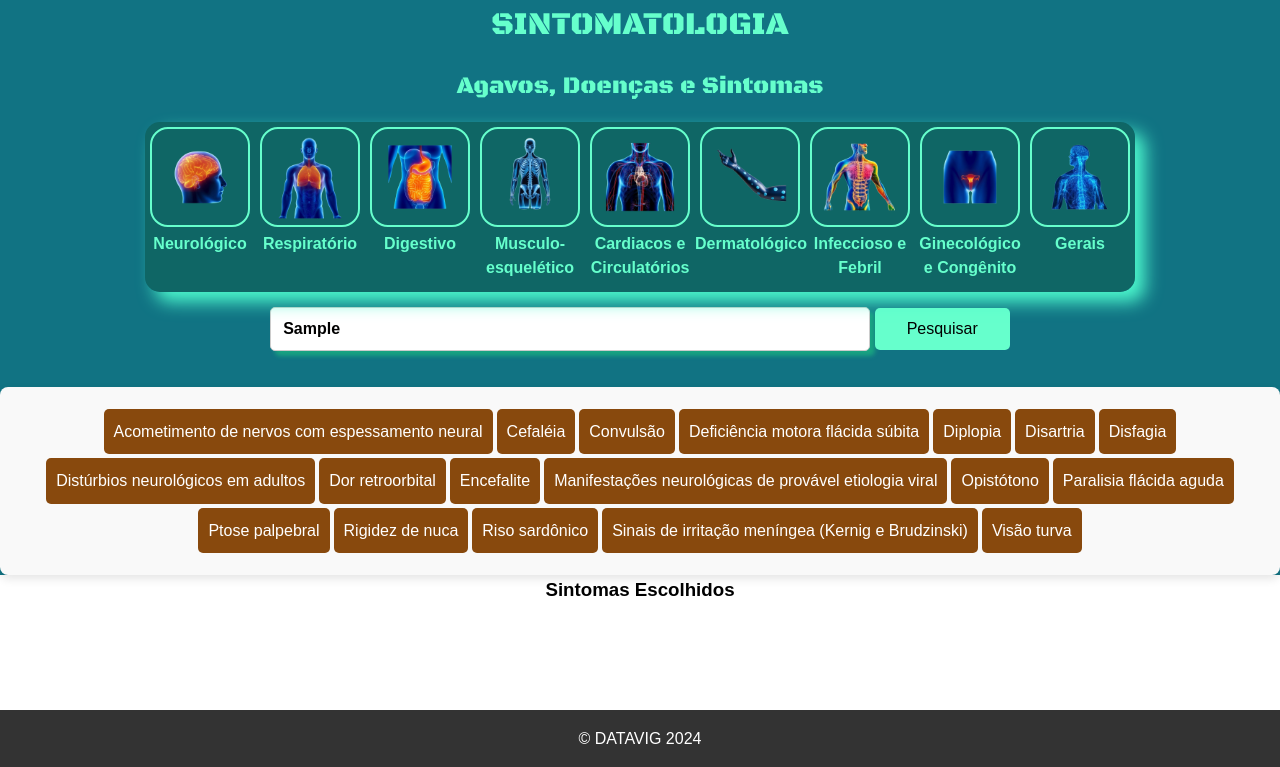
Repository: br-on/vigia
Page: index.html
An editor plug-in stored every save of this project. The page is shown before and after the next save, followed by the edit.
The browser window is 1280 px wide. The pictures show the whole page.
Empty fields were first filled with sample values (such as "Sample", 5 or name@example.com).
After loading, the first visible `#neurologicos` was clicked once.
Some web fonts or font styles are not loaded; a fallback is used.

Above is the page before, as saved 2024-09-16 20:36:33.

### index.html
<!DOCTYPE html>
<html lang="pt-br">
<head>
  <meta charset="UTF-8">
  <meta name="viewport" content="width=device-width, initial-scale=1.0">
  <title>IA VIGILÂNCIA</title>
  <link rel="stylesheet" href="assets/style/style.css">
</head>
<body>
  <nav>
  </nav>
  <header class="search">
    <h1 class="black-ops-one-regular">SINTOMATOLOGIA</h1>
    <h2 class="black-ops-one-regular">Agavos, Doenças e Sintomas</h2>

    <div class="grupos-sintomas">

      <div class="base-div">
      <div id="neurologicos" class="grupo"><div class="grupo-sintoma"><img src="/assets/img/grupos/neurologico.png" alt=""></div><div class="nome-grupo electrolize-regular">Neurológico</div></div>
      <div id="respiratorios" class="grupo"><div class="grupo-sintoma"><img src="assets/img/grupos/respiratorio.png" alt=""></div><div class="nome-grupo electrolize-regular">Respiratório</div></div>
      <div id="digestivos" class="grupo"><div class="grupo-sintoma"><img src="assets/img/grupos/digestivo.png" alt=""></div><div class="nome-grupo electrolize-regular">Digestivo</div></div>
      <div id="musculoesqueleticos" class="grupo"><div class="grupo-sintoma"><img src="assets/img/grupos/musculoesqueletico.png" alt=""></div><div class="nome-grupo electrolize-regular">Musculo- esquelético</div></div>
      <div id="cardiacos-circulatorios" class="grupo"><div class="grupo-sintoma"><img src="assets/img/grupos/cardiaco.png" alt=""></div><div class="nome-grupo electrolize-regular">Cardiacos e Circulatórios</div></div>
      <div id="dermatologicos" class="grupo"><div class="grupo-sintoma"><img src="assets/img/grupos/dermatologico.png" alt=""></div><div class="nome-grupo electrolize-regular">Dermatológico</div></div>
      <div id="infecciosos-febris" class="grupo"><div class="grupo-sintoma"><img src="assets/img/grupos/infecciosofebril.png" alt=""></div><div class="nome-grupo electrolize-regular">Infeccioso e Febril</div></div>
      <div id="ginecologicos-congenitos" class="grupo"><div class="grupo-sintoma"><img src="assets/img/grupos/ginecologicocongentia.png" alt=""></div><div class="nome-grupo electrolize-regular">Ginecológico e Congênito</div></div>
      <div id="sistemicos-gerais" class="grupo"><div class="grupo-sintoma"><img src="assets/img/grupos/gerais.png" alt=""></div><div class="nome-grupo electrolize-regular">Gerais</div></div>
      </div>

      <div class="overlay-div">
        <div class="top-overlay-div">
          <div class="top-1">topo 1</div>
          <div class="top-2">

          </div>
        </div>
        <div class="sintomas-grupo">
        sintomas grupo
        </div>
      </div>


    </div><br>
    <input type="text" placeholder="Pesquise por sintomas" class="electrolize-regular" id="campo-pesquisa">
    <button onclick="pesquisar()">Pesquisar</button>
    <br>
    <div id="resultados-pesquisa" class="resultado-pesquisa-sintomas"></div>
  </header>
  <main>
    <center><h3>Sintomas Escolhidos</h3></center>
    <div id="sintomas-escolhidos">
      <!-- Sintomas escolhidos serão exibidos aqui -->
    </div>
    <br><br>
    <div id="resultados-doencas">
      <!-- Resultados das doenças serão exibidos aqui -->
    </div>
    <br><br>

  </main>
  <footer>
    <p>&copy; DATAVIG 2024</p>
  </footer>

  <script src="assets/script/sintomas.js"></script>
  <script src="assets/script/data.js"></script>
  <script src="assets/script/app.js"></script>
</body>
</html>

### assets/style/style.css
@import url('https://fonts.googleapis.com/css2?family=Black+Ops+One&display=swap');
@import url('https://fonts.googleapis.com/css2?family=Electrolize&display=swap');

* {
    margin: 0;
    padding: 0;
}

.black-ops-one-regular {
  font-family: "Black Ops One", system-ui;
  font-weight: 400;
  font-style: normal;
}

.electrolize-regular {
  font-family: "Electrolize", sans-serif;
  font-weight: 600;
  font-style: normal;
}

/* Estilos globais */
* {
    margin: 0;
    padding: 0;
    box-sizing: border-box;
}

html, body {
    height: 100%;
}

body {
    font-family: Arial, sans-serif;
    line-height: 1.6;
    margin: 0;
    padding: 0;

}

header, nav, footer {
    background-color: #333;
    color: #fff;
    text-align: center;
}

main {
    flex: 1;
}

h1, h2 {
    color: #66ffcc;
    margin-bottom: 1rem;
}

/* Estilo para o formulário de pesquisa */
.search {
    text-align: center;
    background-color: #117383;
}

.search input[type="text"] {
    margin-top: 15px;
    width: 600px;
    padding: 0.75rem;
    margin-bottom: 1rem;
    border: 1px solid #ccc;
    border-radius: 5px;
    font-size: 1rem;
    box-shadow: 5px 5px 4.5px #19a381;
}

.search button {
    padding: 0.75rem 2rem;
    background-color: #66ffcc;
    color: #000;
    border: none;
    border-radius: 5px;
    cursor: pointer;
    font-size: 1rem;
}

.search button:hover {
    background-color: #29a67c;
    color: rgb(255, 255, 255);
}

/* Estilo para resultados */
.results {
    padding: 2rem;
    background-color: #fff;
    text-align: center;
}

/* Estilo do rodapé */

footer {
    background-color: #333;
    color: white;
    padding: 1rem;
    text-align: center;
    position: relative;
    bottom: 0;
    width: 100%;
}

/* Media Queries para telas menores */
@media (max-width: 768px) {
    .search input[type="text"] {
        width: 95%;
    }

    .search button {
        width: 100%;
        margin-top: 1rem;
    }
}

@media (max-width: 480px) {
    h1 {
        font-size: 2rem;
    }

    h2 {
        font-size: 1.5rem;
    }

    footer {
        font-size: 0.9rem;
    }
}

/* Container principal dos resultados */
#resultados-pesquisa {

    max-height: 80vh; /* Limita a altura para que os resultados não ocupem a tela inteira */
    overflow-y: auto; /* Ativa a barra de rolagem vertical */
    padding: 20px;
    margin-top: 20px;
    border-radius: 8px;
    box-shadow: 0px 4px 10px rgba(0, 0, 0, 0.1); /* Sombra suave */
    background-color: #f9f9f9; /* Fundo claro */
}

/* Estilo dos itens de resultado */
.item-resultado {
    border: 3px solid #e0e0e0; /* Borda leve ao redor do item */
    border-radius: 8px; /* Bordas arredondadas */
    padding: 20px; /* Espaçamento interno */
    margin-bottom: 20px; /* Espaçamento entre os itens */
    background-color: #fff; /* Fundo branco para o item */
    box-shadow: 0px 4px 8px rgba(0, 0, 0, 0.05); /* Sombra leve */
    transition: transform 0.3s ease, box-shadow 0.3s ease; /* Transição suave */
}

/* Efeito hover nos itens */
.item-resultado:hover {
    transform: translateY(-5px); /* Eleva o item ao passar o mouse */
    box-shadow: 0px 6px 12px rgba(0, 0, 0, 0.15); /* Aumenta a sombra ao passar o mouse */
}

/* Título do item */
.item-resultado h2 {
    font-size: 1.8rem;
    margin-bottom: 10px;
    color: #333; /* Cor mais escura para o título */
    font-weight: bold;
}

/* Subtítulos (Descrição, Sintomas, etc.) */
.item-resultado h4 {
    font-size: 1.2rem;
    margin-top: 15px;
    margin-bottom: 8px;
    color: #555; /* Cor intermediária */
}

/* Texto descritivo */
.item-resultado .descricao-meta {
    font-size: 1rem;
    line-height: 1.5; /* Facilita a leitura */
    color: #666; /* Cor do texto */
    margin-bottom: 15px;
}

/* Links */
.item-resultado a {
    font-size: 1rem;
    color: #007bff; /* Cor azul padrão */
    text-decoration: none;
}

.item-resultado a:hover {
    text-decoration: underline; /* Sublinha ao passar o mouse */
}

/* Barra de rolagem estilizada */
#resultados-pesquisa::-webkit-scrollbar {
    width: 8px;
}

#resultados-pesquisa::-webkit-scrollbar-thumb {
    background-color: #888;
    border-radius: 10px;
}

#resultados-pesquisa::-webkit-scrollbar-thumb:hover {
    background-color: #555;
}


/* Adicione isto ao seu arquivo CSS */
#filtros-sintomas {
    width: 90%;
    margin: 0 auto; /* Centraliza a div horizontalmente */
    display: flex;
    flex-wrap: wrap; /* Faz com que os itens quebrem para a linha seguinte */
    gap: 10px; /* Espaço entre os itens */
    box-sizing: border-box;
}

#filtros-sintomas label {
    display: flex;
    align-items: center;
    margin-right: 10px; /* Espaço entre os labels */

}


.sintoma-item {
    padding: 10px;
    margin: 5px 0;
    border-radius: 5px;
    cursor: pointer;
    margin: 2px;
}

.sintoma-item:hover {
    opacity: 0.8;
}

#sintomas-escolhidos {
    display: inline-flex;
    flex-wrap: wrap;
    margin-top: 20px;
}

.sintoma-escolhido {
    background-color: #d4edda; /* Cor de fundo verde clara */
    border: 1px solid #c3e6cb;
    padding: 10px;
    margin: 5px 0;
    border-radius: 5px;
}

.resultado-pesquisa-sintomas {
    display: inline-flex;
    flex-wrap: wrap;
    align-items: center;
    justify-content: center;
}

.grupos-sintomas {
    position: relative;
    margin: 0 auto;
    display: inline-flex;
    flex-wrap: wrap;
    justify-content: center;
    align-items: flex-start;
    min-height: 170px;
    background-color: #0f5c5093;
    border-radius: 15px;
    box-shadow: 10px 10px 17px #4cf8cd;
}

/* Media Queries para telas menores */
@media (max-width: 768px) {
    .grupos-sintomas {
        width: 94.5%;
    }
}

.grupo:hover {
    cursor: pointer;
    .nome-grupo {
        margin-top: 18px;
        background-color: hsl(29, 100%, 42%);
    }
    .grupo-sintoma {
        height: 90px;
        width: 90px;
        transition: 0.5s;
        cursor: pointer;
        border-radius: 50%;
        background-color: hsl(29, 100%, 42%);
    }
  }
.grupo-sintoma {
    display: flex;
    justify-content: center;
    align-items: center;
    margin: 5px;
    width: 100px;
    height: 100px;
    border-radius: 18px;
    border: solid 2.5px #66ffcc;
}

.grupo-sintoma img {
    width: 90px;
    height: 90px;
    transition: width 0.3s ease-in-out, height 0.3s ease-in-out;
}

.grupo-sintoma img:hover {
    height: 130px;
    width: 130px;
    transition: all 0.5s ease; /* Suavizando a transição */
}

.nome-grupo {
    max-width: 110px;
    font-size: 1em;
    color: #66ffcc;
    line-height: 1.5;

}


/* background-color dos nomes dos grupos */
/* sem utilidade no momento */
    .bg-neurologicos {background-color: #88490d; }
    .bg-respiratorios {background-color: #26B63E; }
    .bg-digestivos {background-color: #060270;}
    .bg-musculoesqueleticos {background-color: #632e2e;}
    .bg-cardiacos-circulatorios {background-color: #D20103;}
    .bg-dermatologicos {background-color: #c63de9;}
    .bg-infecciosos-febris {background-color: #4419AA;}
    .bg-ginecologicos-congenitos {background-color: #3b0a49;}
    .bg-sistemicos-gerais {background-color: #2B5D9C;}


.base-div {
        display: inline-flex;
        flex-wrap: wrap;

        /* A altura será variável de acordo com o conteúdo */
}

.overlay-div {
    position: absolute;
    display: flex;
    flex-direction: column;
    width: 100%; /* A largura da div sobreposta será igual à da div base */
    height: 100%; /* A altura será igual à div base */
    background-color: rgba(87, 160, 189, 0.897); /* Cor com transparência */
    border-radius: 15px;
    display: none;
    transition: opacity 0.3s ease-in-out; /* Suavizando a transição de opacidade */
    opacity: 0;
}

.overlay-div[style*="display: flex"] {
    opacity: 1;
}

.top-overlay-div {
    height: 30%;
    display: flex;
}

.top-overlay-div .top-1 {
    width:65%;
}
.top-overlay-div .top-2 {
    width: 35%;
    background-color: #0f5c5093;
    border-bottom-left-radius: 15px;
    border-top-right-radius: 15px;
    display: flex;
    justify-content: center;cursor: pointer; /* Sinalizando que a div é clicável */
    transition: transform 0.3s ease-in-out; /* Transição suave ao mover para a top-2 */
}
.sintomas-grupo {
    border: solid 1px rgb(0, 119, 128);
    border-radius: 15px;
    margin-top: 5px;
    height: calc(70% - 5px);
}

### assets/script/app.js
document.addEventListener('DOMContentLoaded', function () {
    // Carregar sintomas iniciais (se necessário)
});

// Função para exibir os sintomas ao clicar em um grupo
function exibirSintomasPorGrupo(grupoId) {
    let resultadosSintomasDiv = document.getElementById("resultados-pesquisa");
    resultadosSintomasDiv.innerHTML = ""; // Limpar resultados anteriores

    // Obter sintomas já escolhidos
    let sintomasEscolhidos = Array.from(document.getElementById("sintomas-escolhidos").children)
        .map(div => div.textContent);

    // Filtrar sintomas pelo grupo clicado e que não foram escolhidos
    let sintomasEncontrados = dataSintomas.filter(sintoma =>
        sintoma.grupo_sintoma.toLowerCase() === grupoId.toLowerCase() &&
        !sintomasEscolhidos.includes(sintoma.titulo_sintoma)
    );

    if (sintomasEncontrados.length > 0) {
        sintomasEncontrados.forEach(sintoma => {
            let divSintoma = document.createElement('div');
            divSintoma.className = 'sintoma-item';
            divSintoma.style.backgroundColor = coresPorGrupo[grupoId.toLowerCase()] || '#ccc';
            divSintoma.textContent = sintoma.titulo_sintoma;
            divSintoma.addEventListener('click', () => adicionarSintomaEscolhido(sintoma, grupoId));
            resultadosSintomasDiv.appendChild(divSintoma);
        });
    } else {
        resultadosSintomasDiv.innerHTML = '<p>Nenhum sintoma encontrado para este grupo.</p>';
    }
}


// Função para configurar o clique nos grupos
function configurarEventosDeCliqueNosGrupos() {
    // Seleciona todas as divs de grupos de sintomas
    const grupos = document.querySelectorAll('.grupo');

    // Adiciona o evento de clique para cada grupo
    grupos.forEach(grupo => {
        grupo.addEventListener('click', () => {
            exibirSintomasPorGrupo(grupo.id); // Exibe sintomas ao clicar no grupo
        });
    });
}

// Chama essa função quando a página carrega
window.onload = configurarEventosDeCliqueNosGrupos;

// Função do botão pesquisar
function pesquisar() {
    let campoPesquisa = document.getElementById("campo-pesquisa").value.toLowerCase();
    let resultadosSintomasDiv = document.getElementById("resultados-pesquisa");
    resultadosSintomasDiv.innerHTML = ""; // Limpar resultados anteriores

    // Obter sintomas já escolhidos
    let sintomasEscolhidos = Array.from(document.getElementById("sintomas-escolhidos").children)
        .map(div => div.textContent);

    // Filtrar sintomas que correspondem ao texto digitado e que não foram escolhidos
    let sintomasEncontrados = dataSintomas.filter(sintoma =>
        (sintoma.titulo_sintoma.toLowerCase().includes(campoPesquisa) ||
        sintoma.grupo_sintoma.toLowerCase().includes(campoPesquisa)) &&
        !sintomasEscolhidos.includes(sintoma.titulo_sintoma)
    );

    sintomasEncontrados.forEach(sintoma => {
        let divSintoma = document.createElement('div');
        divSintoma.className = 'sintoma-item';

        let grupoId = sintoma.grupo_sintoma.toLowerCase().replace(/\s/g, '-');
        divSintoma.style.backgroundColor = coresPorGrupo[grupoId] || '#ccc';

        divSintoma.textContent = sintoma.titulo_sintoma;
        divSintoma.addEventListener('click', () => adicionarSintomaEscolhido(sintoma, grupoId));
        resultadosSintomasDiv.appendChild(divSintoma);
    });
}

function adicionarSintomaEscolhido(sintoma, grupoId) {
    let sintomasEscolhidosDiv = document.getElementById("sintomas-escolhidos");

    // Verifica se o sintoma já foi escolhido
    let sintomaJaEscolhido = Array.from(sintomasEscolhidosDiv.children).some(div => div.textContent === sintoma.titulo_sintoma);
    if (sintomaJaEscolhido) return; // Evita adicionar o mesmo sintoma mais de uma vez

    let divEscolhido = document.createElement('div');
    divEscolhido.className = 'sintoma-escolhido';
    divEscolhido.textContent = sintoma.titulo_sintoma;

    // Aplicar a cor do grupo ao sintoma escolhido
    divEscolhido.style.backgroundColor = coresPorGrupo[grupoId.toLowerCase()] || '#ccc';

    // Adiciona o evento de clique para remover o sintoma da lista escolhida
    divEscolhido.addEventListener('click', () => removerSintomaEscolhido(sintoma));

    sintomasEscolhidosDiv.appendChild(divEscolhido);

    // Remover o sintoma da lista de sintomas encontrados
    let sintomasEncontrados = document.querySelectorAll('#resultados-pesquisa .sintoma-item');
    sintomasEncontrados.forEach(item => {
        if (item.textContent === sintoma.titulo_sintoma) {
            item.remove();
        }
    });

    mostrarDoencasRelacionadas();
}

function removerSintomaEscolhido(sintoma) {
    let sintomasEscolhidosDiv = document.getElementById("sintomas-escolhidos");

    // Encontrar e remover o sintoma da lista de escolhidos
    Array.from(sintomasEscolhidosDiv.children).forEach(div => {
        if (div.textContent === sintoma.titulo_sintoma) {
            div.remove();
        }
    });

    // Reexibir o sintoma na lista de pesquisa ou na lista de grupo
    let resultadosSintomasDiv = document.getElementById("resultados-pesquisa");

    let divSintoma = document.createElement('div');
    divSintoma.className = 'sintoma-item';

    // Atribuir cor do grupo
    let grupoId = sintoma.grupo_sintoma.toLowerCase().replace(/\s/g, '-');
    divSintoma.style.backgroundColor = coresPorGrupo[grupoId] || '#ccc';

    divSintoma.textContent = sintoma.titulo_sintoma;
    divSintoma.addEventListener('click', () => adicionarSintomaEscolhido(sintoma, grupoId));
    resultadosSintomasDiv.appendChild(divSintoma);

    mostrarDoencasRelacionadas();
}

function mostrarDoencasRelacionadas() {
    let sintomasEscolhidosDiv = document.getElementById("sintomas-escolhidos");
    let sintomasEscolhidos = Array.from(sintomasEscolhidosDiv.children).map(div => div.textContent.trim().toLowerCase());

    let resultadosDoencasDiv = document.getElementById("resultados-doencas");
    resultadosDoencasDiv.innerHTML = ""; // Limpar resultados anteriores

    // Percorre cada doença no array dataDoencas
    dataDoencas.forEach(doenca => {
        // Divide os sintomas da doença em um array e remove espaços extras
        let sintomasDoenca = doenca.sintomas.toLowerCase().split(',').map(s => s.trim());

        // Verifica se todos os sintomas escolhidos estão incluídos nos sintomas da doença
        let correspondeSintomas = sintomasEscolhidos.every(sintomaEscolhido =>
            sintomasDoenca.includes(sintomaEscolhido)
        );

        // Se todos os sintomas escolhidos estiverem presentes, exibe a doença
        if (correspondeSintomas) {
            resultadosDoencasDiv.innerHTML += `
                <div class="item-resultado">
                    <center><h2 class="black-ops-one-regular">${doenca.titulo}</h2></center>
                    <h4 class="electrolize-regular">Descrição</h4>
                    <p class="descricao-meta">${doenca.descricao}</p>
                    <h4 class="electrolize-regular">Sintomas</h4>
                    <p class="descricao-meta">${doenca.sintomas}</p>
                    <h4 class="electrolize-regular">Prevenção</h4>
                    <p class="descricao-meta">${doenca.prevencao}</p>
                    <h4 class="electrolize-regular">Tratamento</h4>
                    <p class="descricao-meta">${doenca.tratamento}</p>
                    <a href="${doenca.link}" target="_blank">${doenca.link}</a>
                </div>
            `;
        }
    });
}

Loaded but not shown: assets/script/data.js (373 lines, source omitted); assets/script/sintomas.js (484 lines, source omitted)

After the next save:
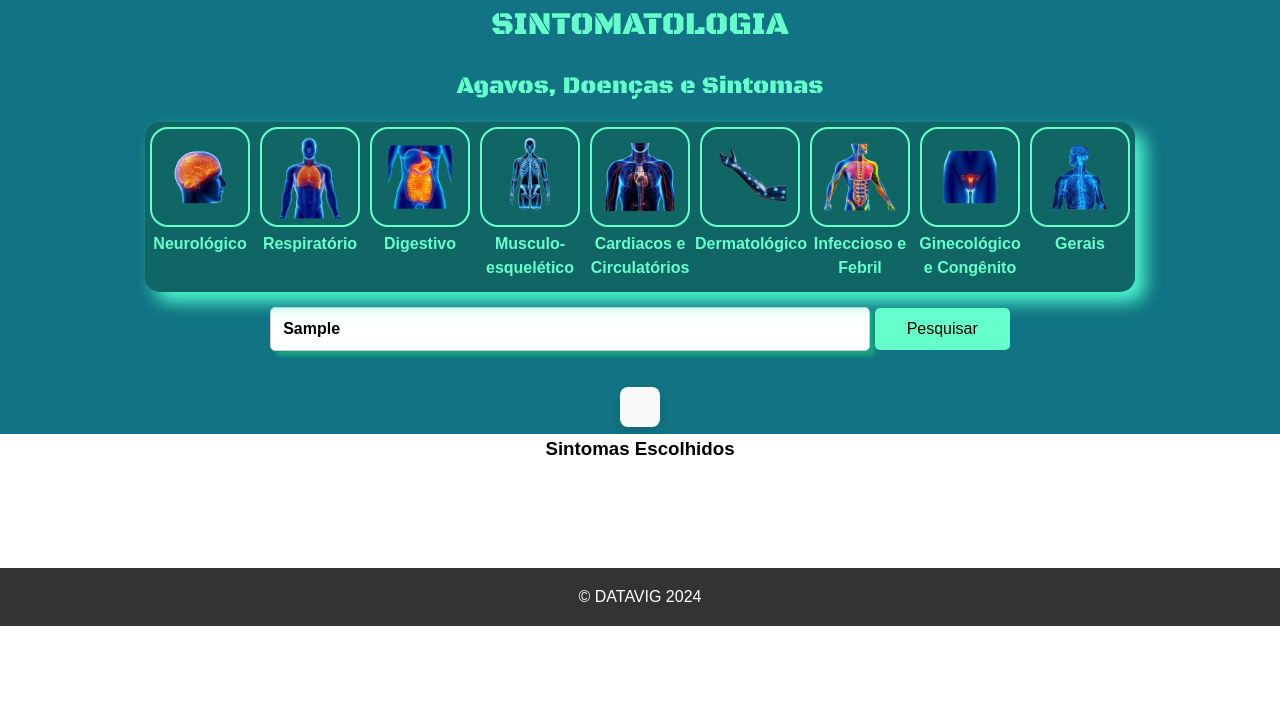
Console error: ReferenceError: moverGrupoParaTop2 is not defined
Saved 6 min 15 s later.
--- a/assets/script/app.js
+++ b/assets/script/app.js
@@ -4,44 +4,51 @@ document.addEventListener('DOMContentLoaded', function () {
 
 // Função para exibir os sintomas ao clicar em um grupo
 function exibirSintomasPorGrupo(grupoId) {
-    let resultadosSintomasDiv = document.getElementById("resultados-pesquisa");
-    resultadosSintomasDiv.innerHTML = ""; // Limpar resultados anteriores
+    // Encontre a div de sintomas (sintomas-grupo)
+    const sintomasGrupoDiv = document.querySelector('.sintomas-grupo');
 
-    // Obter sintomas já escolhidos
-    let sintomasEscolhidos = Array.from(document.getElementById("sintomas-escolhidos").children)
-        .map(div => div.textContent);
+    // Limpe o conteúdo anterior de sintomas
+    sintomasGrupoDiv.innerHTML = '';
 
-    // Filtrar sintomas pelo grupo clicado e que não foram escolhidos
-    let sintomasEncontrados = dataSintomas.filter(sintoma =>
-        sintoma.grupo_sintoma.toLowerCase() === grupoId.toLowerCase() &&
-        !sintomasEscolhidos.includes(sintoma.titulo_sintoma)
-    );
+    // Procure o grupo correspondente no objeto dataSintomas
+    const grupoSintomas = dataSintomas.find(grupo => grupo.grupoId === grupoId);
 
-    if (sintomasEncontrados.length > 0) {
-        sintomasEncontrados.forEach(sintoma => {
-            let divSintoma = document.createElement('div');
-            divSintoma.className = 'sintoma-item';
-            divSintoma.style.backgroundColor = coresPorGrupo[grupoId.toLowerCase()] || '#ccc';
-            divSintoma.textContent = sintoma.titulo_sintoma;
-            divSintoma.addEventListener('click', () => adicionarSintomaEscolhido(sintoma, grupoId));
-            resultadosSintomasDiv.appendChild(divSintoma);
+    if (grupoSintomas) {
+        // Adicione cada sintoma do grupo na div sintomas-grupo
+        grupoSintomas.sintomas.forEach(sintoma => {
+            const sintomaDiv = document.createElement('div');
+            sintomaDiv.classList.add('sintoma');
+            sintomaDiv.textContent = sintoma;
+            sintomasGrupoDiv.appendChild(sintomaDiv);
         });
     } else {
-        resultadosSintomasDiv.innerHTML = '<p>Nenhum sintoma encontrado para este grupo.</p>';
+        // Exiba uma mensagem caso o grupo não tenha sintomas mapeados
+        sintomasGrupoDiv.textContent = 'Nenhum sintoma disponível para este grupo.';
     }
 }
 
 
 // Função para configurar o clique nos grupos
 function configurarEventosDeCliqueNosGrupos() {
-    // Seleciona todas as divs de grupos de sintomas
     const grupos = document.querySelectorAll('.grupo');
 
-    // Adiciona o evento de clique para cada grupo
     grupos.forEach(grupo => {
         grupo.addEventListener('click', () => {
-            exibirSintomasPorGrupo(grupo.id); // Exibe sintomas ao clicar no grupo
+            // Chame a função para mover o grupo e exibir a overlay
+            moverGrupoParaTop2(grupo.id);
+
+            // Exibir sintomas do grupo
+            exibirSintomasPorGrupo(grupo.id);
+
+            // Exibir doenças relacionadas ao grupo
+            exibirDoencasPorGrupo(grupo.id);
         });
+    });
+
+    // Evento para fechar a overlay
+    document.querySelector('.top-2').addEventListener('click', () => {
+        const overlayDiv = document.querySelector('.overlay-div');
+        overlayDiv.style.display = 'none'; // Esconder a overlay-div
     });
 }
 
